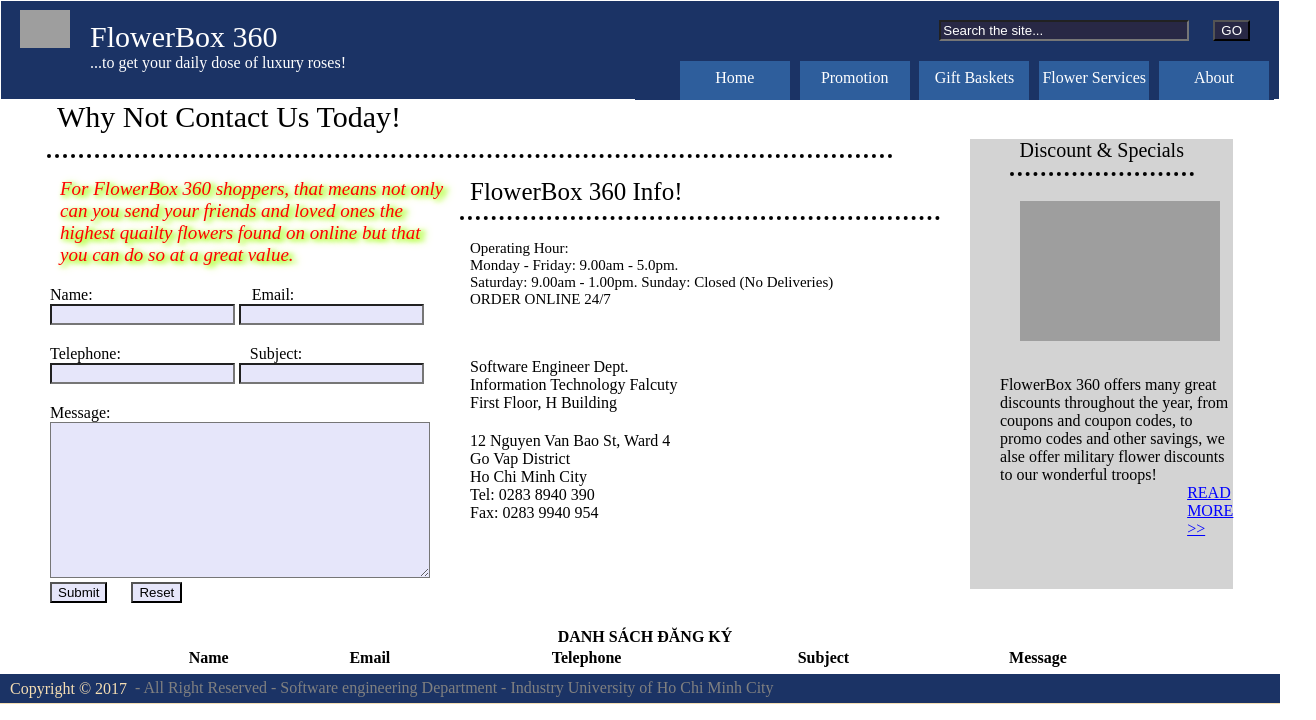
Repository: G1tHub-zer0/BTTH
Page: KT/index.html
An editor plug-in stored every save of this project. The page is shown before and after a run of saves, followed by the edit.
The browser window is 1280 px wide. The page is 1316 px wide, then 1290 px, so the pictures cover 1316 px, including what lies to the right of the window. The pictures show the whole page.
Pictures or frames that could not be fetched are drawn as grey boxes.

Above is the page before, as saved 2024-04-12 14:25:25.

After the next 3 saves:
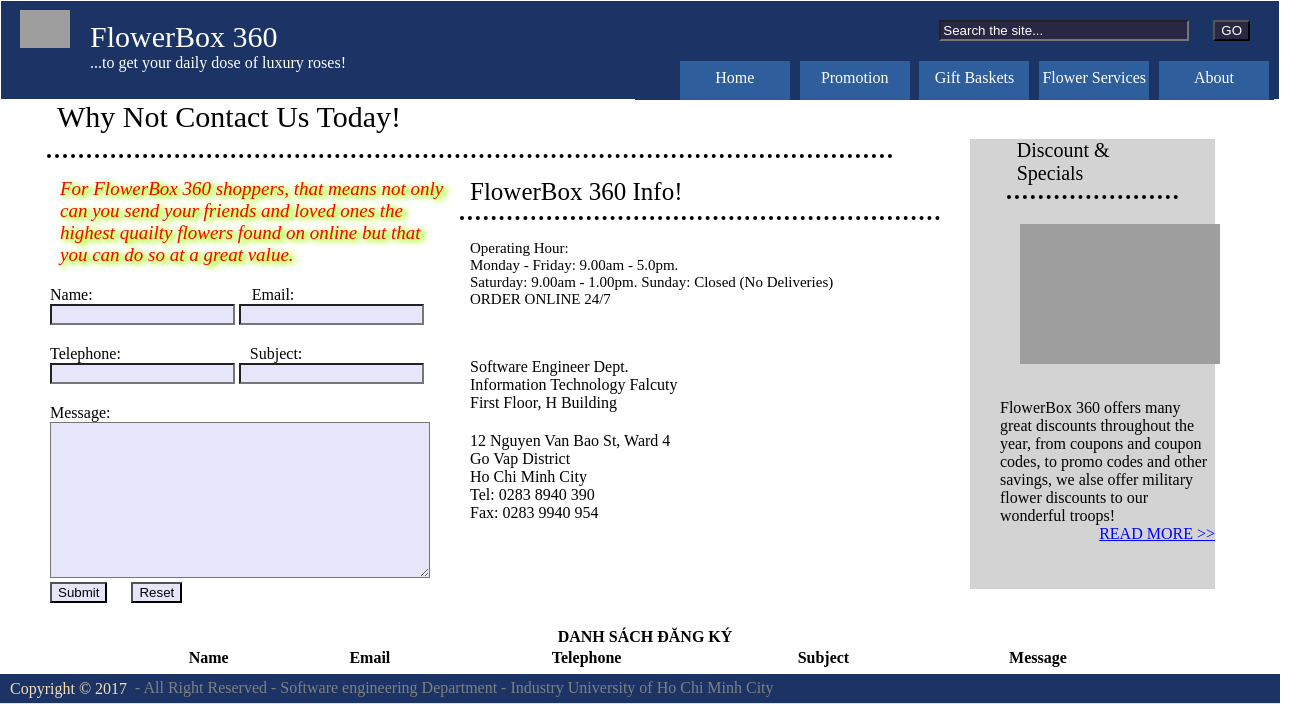
The 3 saves are shown as one change because they came seconds apart.
The last was saved 12 s later.
--- a/KT/app.css
+++ b/KT/app.css
@@ -200,7 +200,6 @@ section .content-second .p7 {
 section .content-second a {
   color: blue;
   font: 900;
-  margin-left: 300px;
   float: right;
 }
 footer {
